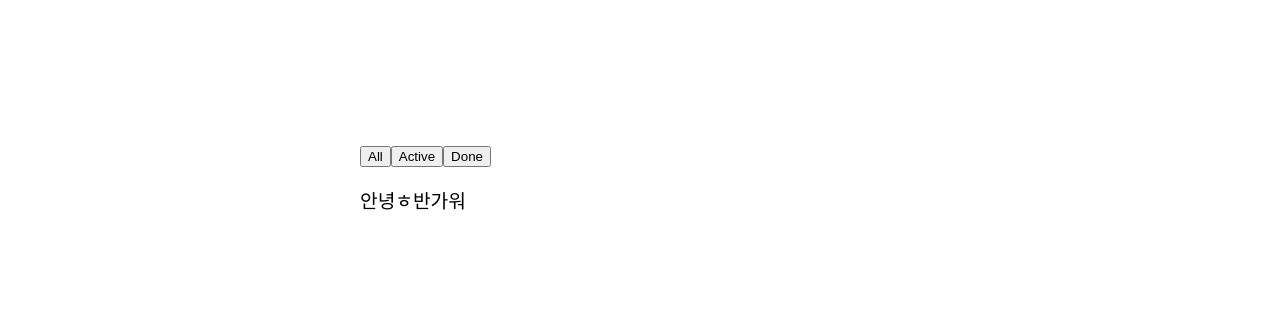
Repository: Yugayoung/todoList
Page: /
An editor plug-in stored every save of this project. The page is shown before and after the next save, followed by the edit.
The browser window is 1280 px wide. The pictures show the whole page.
Some web fonts or font styles are not loaded; a fallback is used. The project was rebuilt for these pictures with package versions that can differ from the ones it lists, and the page was loaded fresh each time. Also part of the build but not shown: src/App.css.

Above is the page before, as saved 2024-03-21 00:46:14.

### src/index.css
@font-face {
  font-family: 'IM_Hyemin-Bold';
  src: url('./fonts/IM_Hyemin-Regular.otf') format('opentype');
  font-weight: normal;
  font-style: normal;
}

body {
  margin: 0;
  font-family: 'IM_Hyemin-Bold';
  -webkit-font-smoothing: antialiased;
  -moz-osx-font-smoothing: grayscale;
  width: 100vw;
  height: 100vh;
  display: flex;
  justify-content: center;
  align-items: center;
  font-size: 1.2rem;
}

code {
  font-family: source-code-pro, Menlo, Monaco, Consolas, 'Courier New',
    monospace;
}
#root {
  width: 100%;
  height: 60%;
  max-width: 35rem;
}

### src/App.js
import './App.css';
import Todo from './pages/Todo';

function App() {
  return (
    <>
      <Todo />
    </>
  );
}

export default App;

### src/pages/todo.jsx
import React from 'react';

export default function Todo() {
  return (
    <>
      <section>
        {/* 할일 state */}
        <div>
          <button>All</button>
          <button>Active</button>
          <button>Done</button>
          <p>안녕ㅎ반가워</p>
        </div>
        {/* addTodoList */}
        {/* 할일 입력 */}
      </section>
    </>
  );
}

Loaded but not shown: public/index.html (common file); src/index.js (common file); src/reportWebVitals.js (common file)

After the next save:
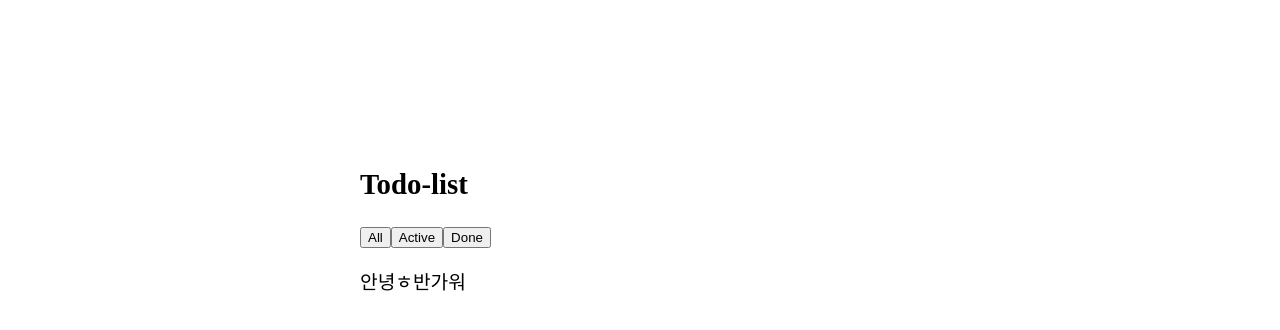
Saved 10 min 59 s later.
--- a/src/pages/todo.jsx
+++ b/src/pages/todo.jsx
@@ -1,10 +1,16 @@
 import React from 'react';
+import styled from 'styled-components';
+
+const Title = styled.h2`
+  text-align: center;
+`;
 
 export default function Todo() {
   return (
     <>
       <section>
         {/* 할일 state */}
+        <h2>Todo-list</h2>
         <div>
           <button>All</button>
           <button>Active</button>
